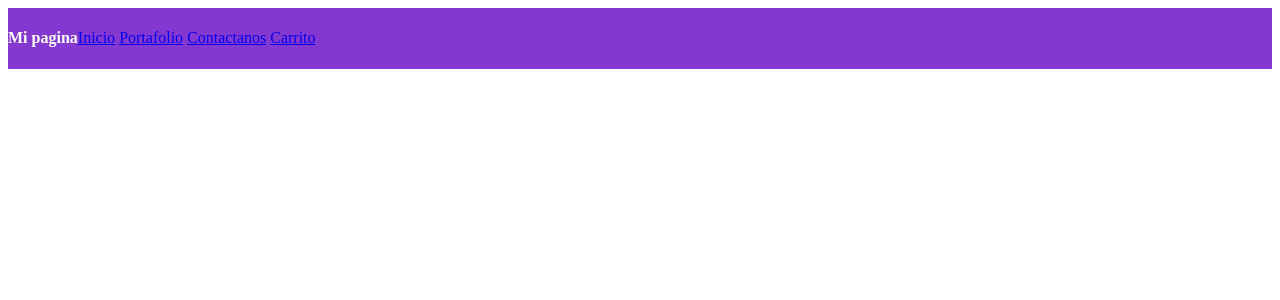
Repository: TzStrikerYT/Dise-o-web-NA00
Page: Proyecto-01/index.html
These files come from the project's save history. The page is drawn as it stood at one moment and after the next save; the edit follows.
The browser window is 1280 px wide. The pictures show the whole page.

Above is the page before, as saved 2024-08-21 21:12:58.

### Proyecto-01/index.html
<!DOCTYPE html>
<html lang="en">
  <head>
    <meta charset="UTF-8" />
    <meta http-equiv="X-UA-Compatible" content="IE=edge" />
    <meta name="viewport" content="width=device-width, initial-scale=1.0" />
    <title>Document</title>
    <link rel="stylesheet" href="style.css" />
  </head>
  <body>

    <!-- barra de navegación -->
    <nav class="navbar">
        <div class="logo">
            <h4>Mi pagina</h4>
        </div>

        <div class="nav-options">
            <a href="#">Inicio</a>
            <a href="#">Portafolio</a>
            <a href="#">Contactanos</a>
            <a href="#">Carrito</a>
        </div>
    </nav>

    <section>
        <div></div>
        <div></div>
    </section>

    <section>
        <div></div>
        <div></div>
        <div></div>
    </section>



  </body>
</html>

### Proyecto-01/style.css
.navbar {
    display: flex;
    align-items: center;
    background: #8438d0;
    color: #fff;
}

After the next save:
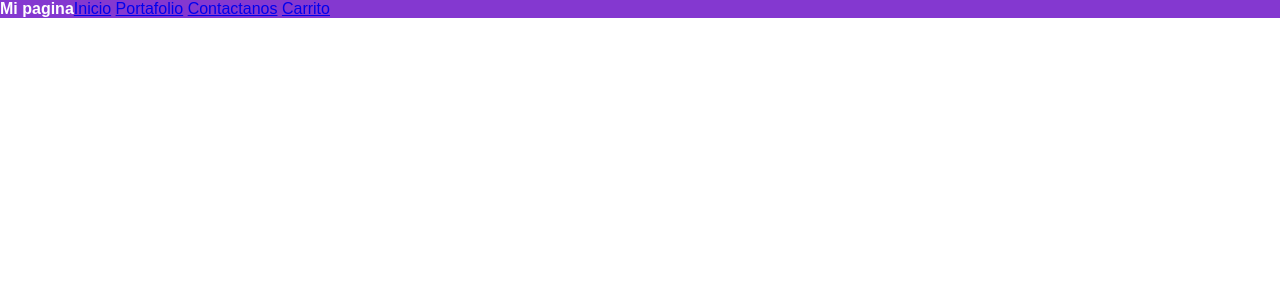
Saved 42 s later.
--- a/Proyecto-01/style.css
+++ b/Proyecto-01/style.css
@@ -1,3 +1,9 @@
+* {
+  margin: 0;
+  padding: 0;
+  font-family: Arial, Helvetica, sans-serif;
+}
+
 .navbar {
     display: flex;
     align-items: center;
